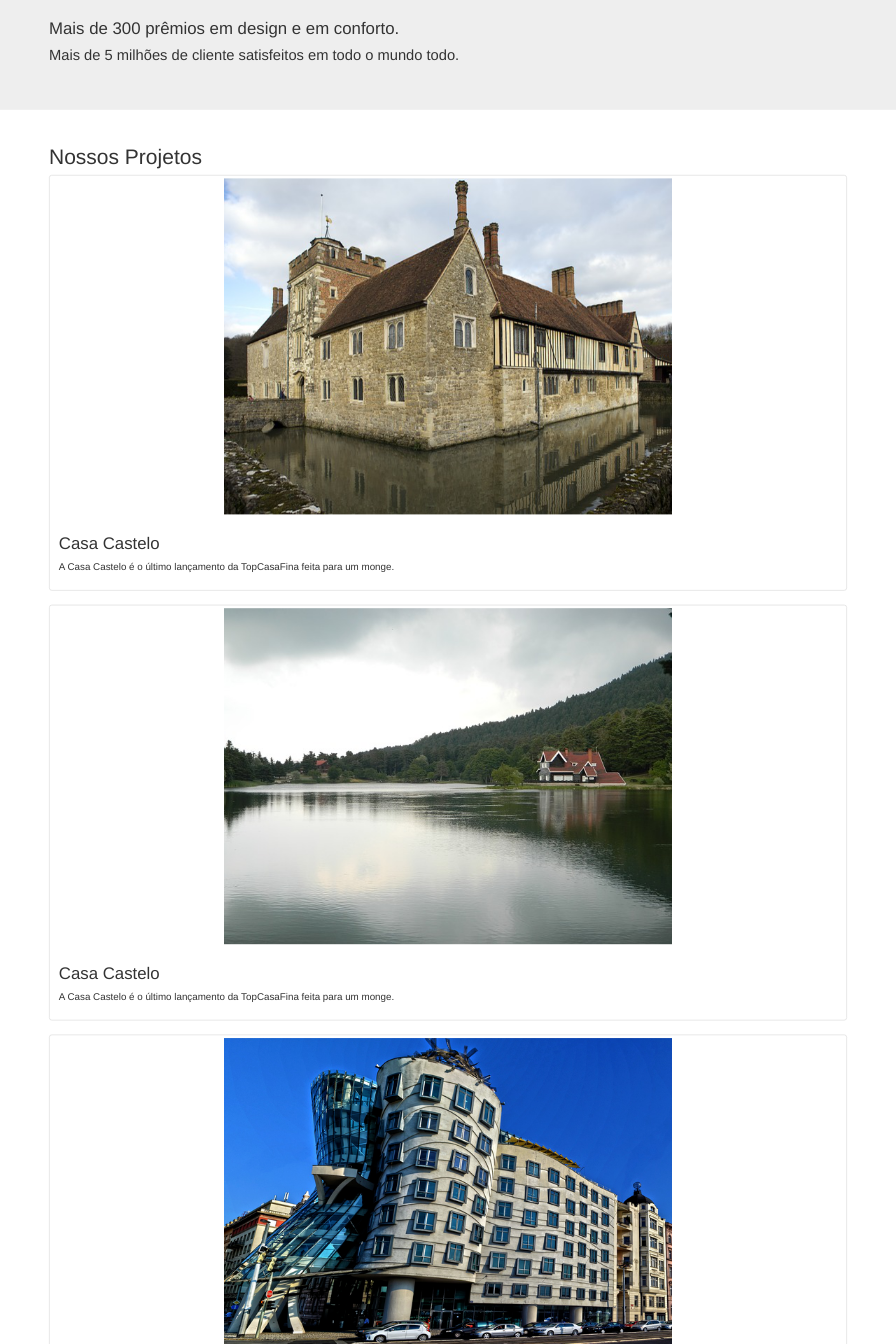
Repository: daviemer/bootstrap-alura
Page: index2.html
The author's editor kept a copy of each file at every save. The page is drawn from the files as they stood at one save, then again after the next save.
The browser window is 1280 px wide. The pictures show the part of the page from y = 1747 to 3667 px (the page is 7100 px tall before and 5691 px after), at 70% of full size.

Above is the page before, as saved 2022-07-15 20:11:00.

After the next save:
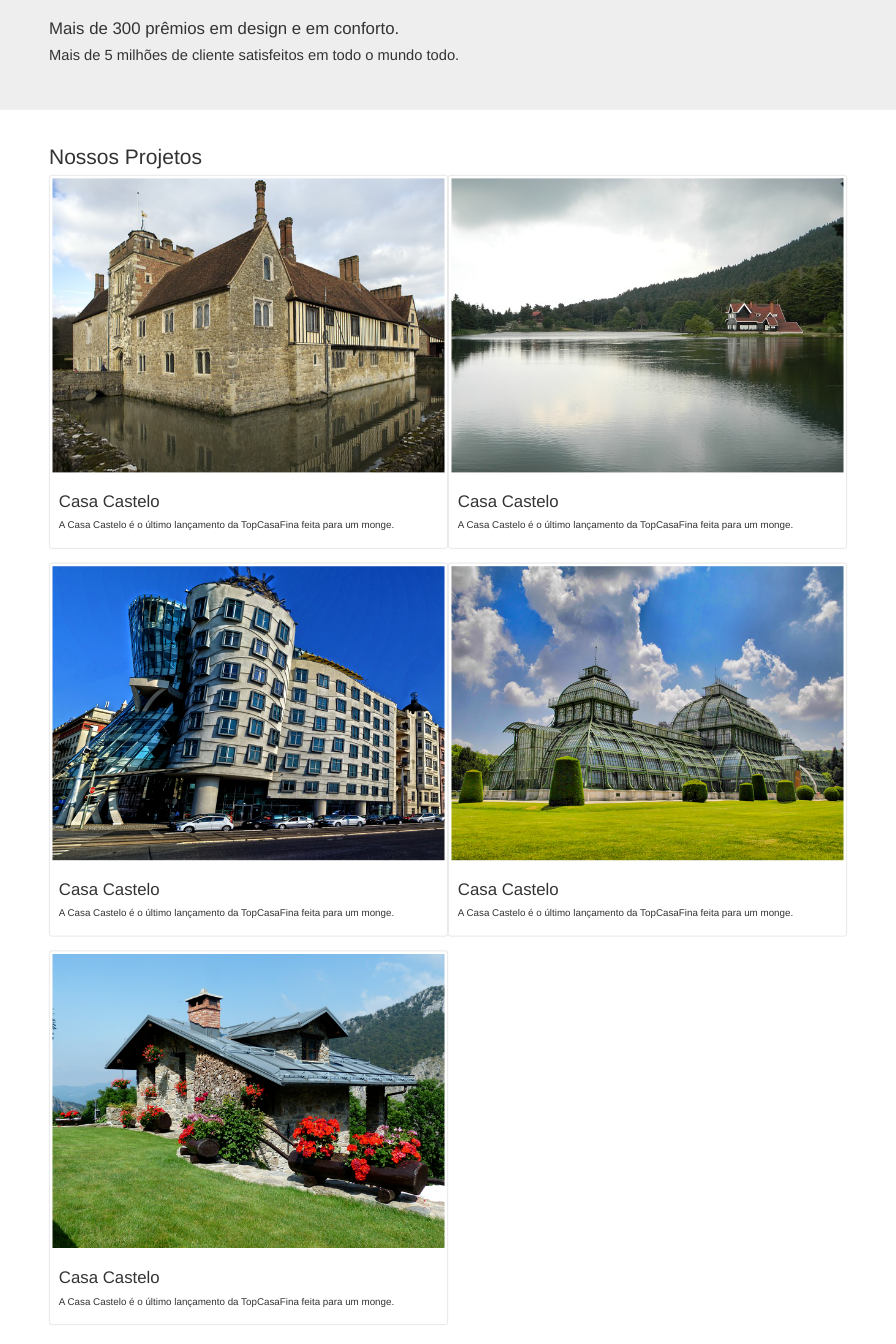
Saved 34 s later.
--- a/style.css
+++ b/style.css
@@ -66,3 +66,8 @@
 footer address:last-child {
   margin-bottom: 0;
 }
+
+.projetos-responsivos {
+  width: 50%;
+  float:left;
+}
